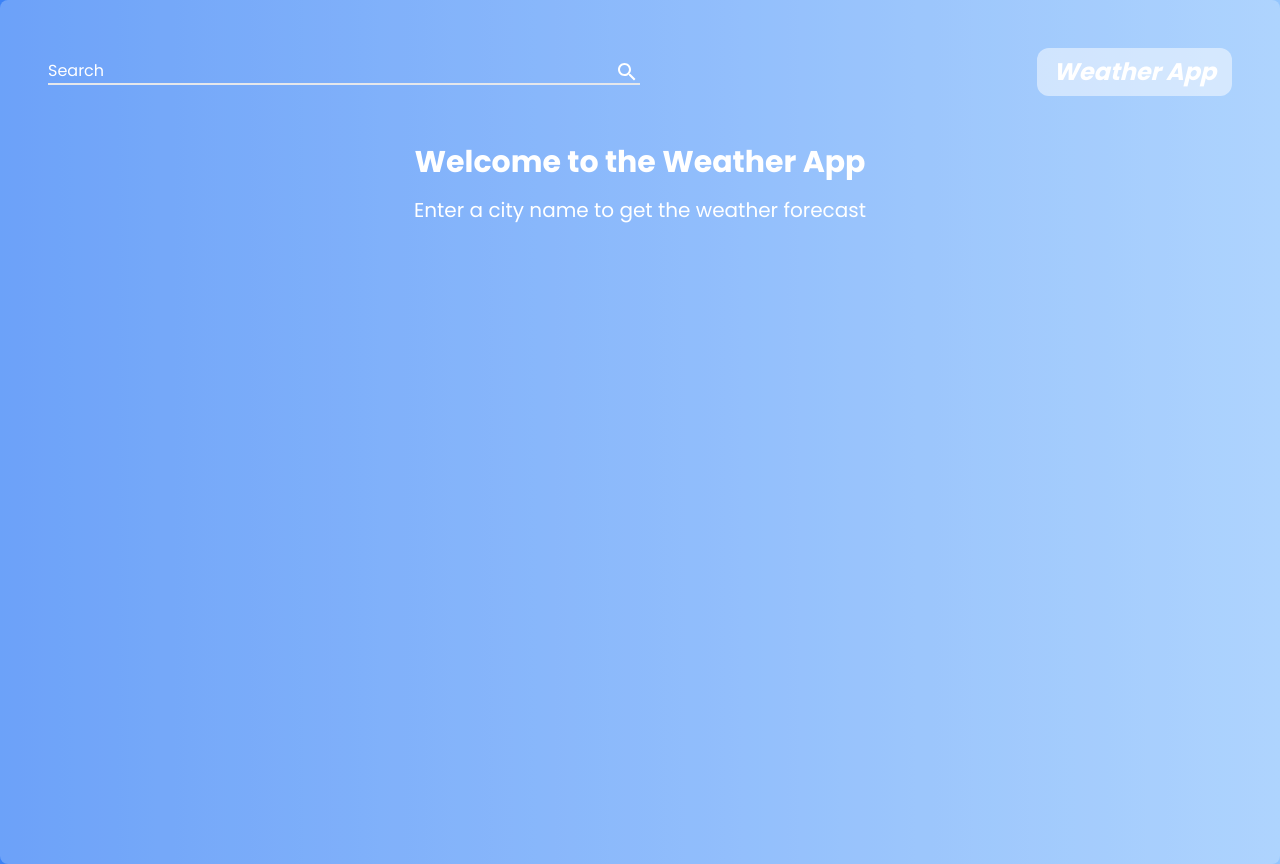
Repository: DevAntonioRogers/react-weatherapp-v2
Page: /
These files come from the project's save history. The page is drawn as it stood at one moment and after the next save; the edit follows.
The browser window is 1280 px wide. The pictures show the whole page.
The project was rebuilt for these pictures with package versions that can differ from the ones it lists, and the page was loaded fresh each time. The framework's server and built-in components were replaced by stand-ins that run in the browser. Also part of the build but not shown: next.config.js, app/utils/currentDate.tsx, app/components/Current.tsx, app/components/WeekForecast.tsx. Imported but missing from the stored project, and not drawn on this page: app/components/WeatherDetails.

Above is the page before, as saved 2023-05-21 21:35:24.

After the next save:
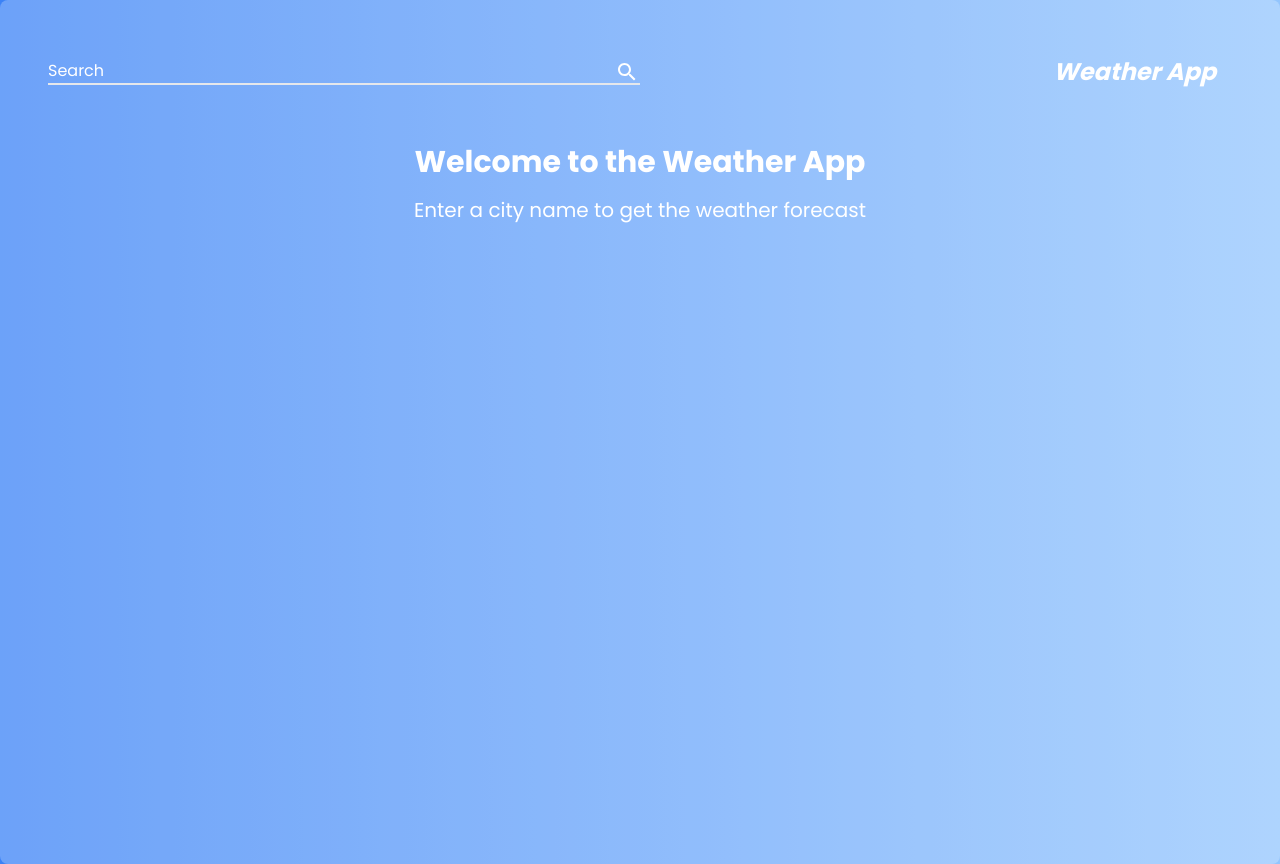
Saved 11 s later.
--- a/app/page.tsx
+++ b/app/page.tsx
@@ -65,7 +65,7 @@ export default function Home() {
       <div className="bg-white/25 w-full rounded-lg flex flex-col h-fit">
         <div className="flex flex-col md:flex-row justify-between items-center p-12">
           <Input handleSearch={handleSearch} setLocation={setLocation} />
-          <h1 className="mb-8 md:mb-0 order-1 text-white bg-white/50 text-2xl py-2 px-4 rounded-xl italic font-bold">
+          <h1 className="mb-8 md:mb-0 order-1 text-white text-2xl py-2 px-4 rounded-xl italic font-bold">
             Weather App
           </h1>
         </div>
